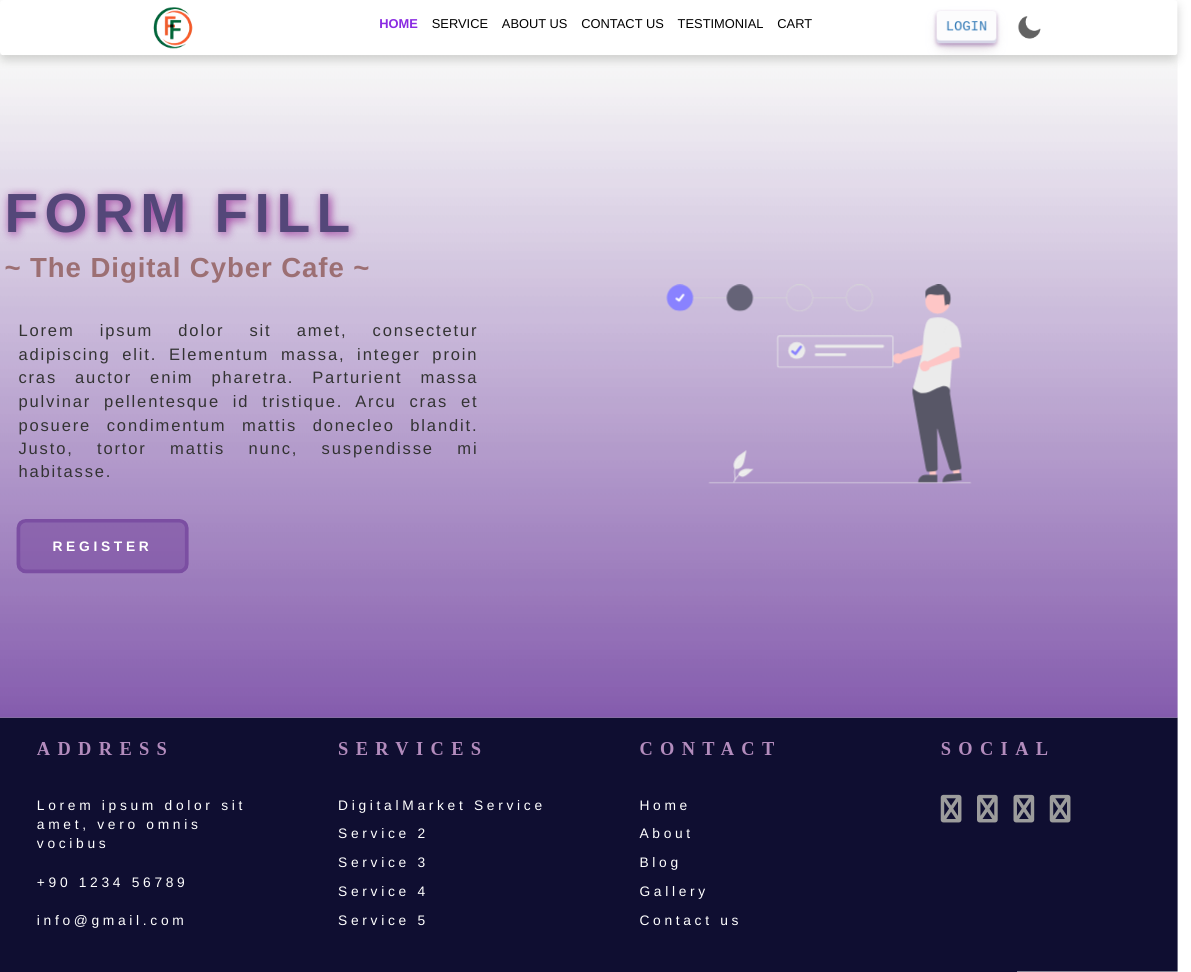
Repository: codervivek5/Formfil
Page: index.html
These files come from the project's save history. The page is drawn as it stood at one moment and after the next save; the edit follows.
The browser window is 1280 px wide. The page is 1295 px wide, so the pictures cover 1295 px, including what lies to the right of the window. The pictures show the whole page, at 92% of full size.
Some web fonts or font styles are not loaded; a fallback is used.

Above is the page before, as saved 2023-03-04 21:15:15.

After the next save:
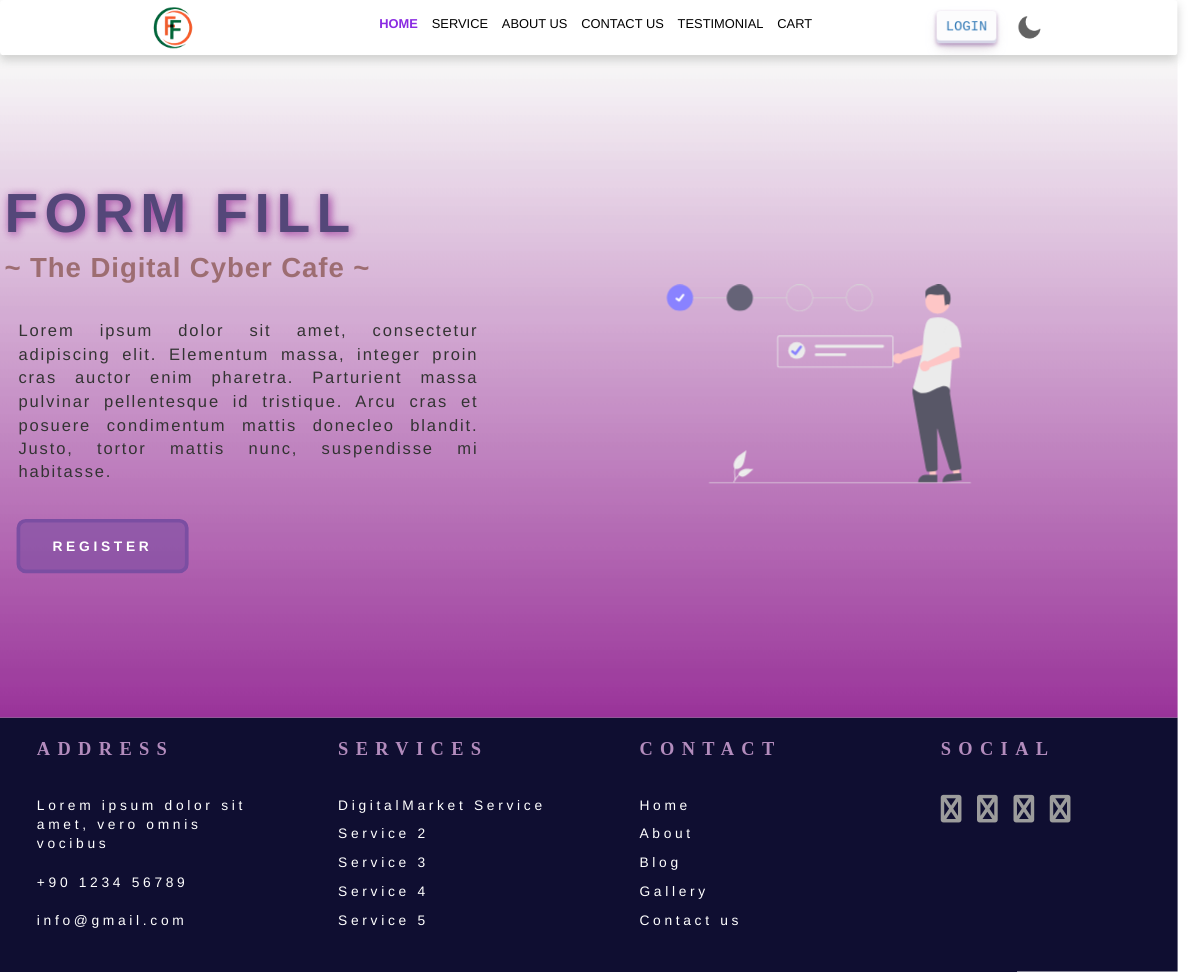
Saved 31 s later.
--- a/style/theme.css
+++ b/style/theme.css
@@ -1,5 +1,5 @@
 :root{
-	--color--main: linear-gradient(rgba(244, 245, 243, 0.712),rgb(102, 51, 153));
+	--color--main: linear-gradient(rgba(244, 245, 243, 0.712),purple);
 	--color--footer: rgb(119, 5, 100);
 	--color--h1: #2a1958;
 	--color--h2: rgba(122, 60, 60, 0.87);
